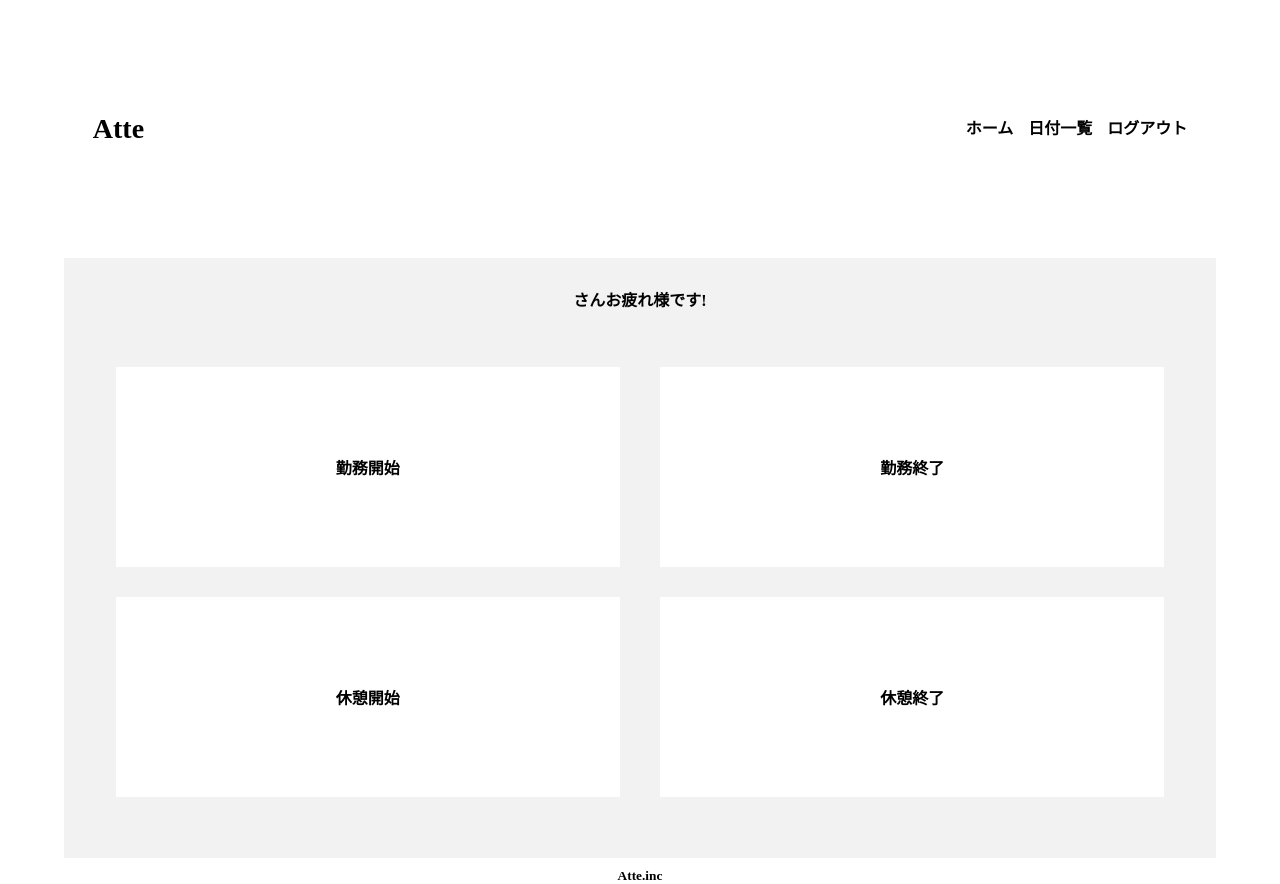
Repository: akihirofukyama/advanceapp_Nuxt
Page: /stamp
The author's editor kept a copy of each file at every save. The page is drawn from the files as they stood at one save, then again after the next save.
The browser window is 1280 px wide. The pictures show the whole page.
The project was rebuilt for these pictures with package versions that can differ from the ones it lists, and the page was loaded fresh each time. The framework's server and built-in components were replaced by stand-ins that run in the browser. Also part of the build but not shown: nuxt.config.js, components/NuxtLogo.vue, components/Tutorial.vue. Imported but missing from the stored project, and not drawn on this page: pages/component/Panel01.vue, pages/component/Panel02.vue, pages/component/Panel03.vue.

Above is the page before, as saved 2022-02-11 15:40:36.

### pages/stamp.vue
<template>
  <div class="main">
     <div class="date">
      <h1 class="title">Atte</h1>
      <div class="header">
        <p class="home"><a href="#">ホーム</a></p>
        <p class="date_page"><a href="#">日付一覧</a></p>
        <p class="logout"><a href="#">ログアウト</a></p>
      </div>

    </div>
    <div class="stamp">
      <h2 class="h2">さんお疲れ様です!</h2>
        <div class="form_contents">
          <div class="form_content">
          <input class="button-add" type="button" value="勤務開始" @click="clickStart(1)"  :class="{ 'button-disabled': startDisabled }"  :disabled="startDisabled1">
          <input class="button-add" type="button" value="勤務終了" @click="clickStart(2)" :class="{ 'button-disabled': startDisabled }" :disabled="startDisabled2">
          </div>
          <div class="form_content">
          <input class="button-add" type="button" value="休憩開始" @click="clickStart(3)" :class="{ 'button-disabled': startDisabled }" :disabled="startDisabled3">
          <input class="button-add" type="button" value="休憩終了" @click="clickStart(4)" :class="{ 'button-disabled': startDisabled }" :disabled="startDisabled4">
          </div>
        </div>


    </div>
    <small class="small">Atte.inc</small>
  </div>
</template>

<script>
export default {
  data() {
    return {
      startDisabled1:false,
      startDisabled2:false,
      startDisabled3:false,
      startDisabled4:false,

    }
  },methods:{
    clickStart(s){
      if(s === 1){
        this.startDisabled1 = false;
        this.startDisabled2 = true;
        this.startDisabled3 = false;
        this.startDisabled4 = false;
      } else if (s === 2) {
        this.startDisabled1 = false;
        this.startDisabled2 = true;
        this.startDisabled3 = false;
        this.startDisabled4 = false;
      } else if (s === 3) {
        this.startDisabled1 = false;
        this.startDisabled2 = true;
        this.startDisabled3 = false;
        this.startDisabled4 = false;
      } else {
        this.startDisabled1 = false;
        this.startDisabled2 = true;
        this.startDisabled3 = false;
        this.startDisabled4 = true;

      }

    }
  }
}
</script>

<style>

 /* reset.css */
  @charset "UTF-8";

  html,
  body,
  div,
  span,
  applet,
  object,
  iframe,
  h1,
  h2,
  h3,
  h4,
  h5,
  h6,
  p,
  blockquote,
  pre,
  a,
  abbr,
  acronym,
  address,
  big,
  cite,
  code,
  del,
  dfn,
  em,
  img,
  ins,
  kbd,
  q,
  s,
  samp,
  small,
  strike,
  strong,
  sub,
  sup,
  tt,
  var,
  b,
  u,
  i,
  center,
  dl,
  dt,
  dd,
  ol,
  ul,
  li,
  fieldset,
  form,
  label,
  legend,
  table,
  caption,
  tbody,
  tfoot,
  thead,
  tr,
  th,
  td,
  article,
  aside,
  canvas,
  details,
  embed,
  figure,
  figcaption,
  footer,
  header,
  hgroup,
  menu,
  nav,
  output,
  ruby,
  section,
  summary,
  time,
  mark,
  audio,
  video {
    margin: 0;
    padding: 0;
    border: none;
    font-style: normal;
    text-align: left;
    zoom: 1;
  }

  article,
  aside,
  details,
  figcaption,
  figure,
  footer,
  header,
  hgroup,
  menu,
  nav,
  section {
    display: block;
  }

  table {
    border-collapse: collapse;
    font-family: inherit;
  }

  h1,
  h2,
  h3,
  h4,
  h5 {
    font-size: 100%;
    font-weight: normal;
    line-height: 1;
  }

  input,
  textarea,
  select {
    font-family: inherit;
    font-size: 16px;
  }

  input[type="button"],
  input[type="text"],
  input[type="submit"] {
    -webkit-appearance: none;
    border-radius: 0;
  }

  textarea {
    resize: none;
    -webkit-appearance: none;
    border-radius: 0;
  }

  th,
  td {
    border-collapse: collapse;
  }

  table th,
  table td {
    white-space: nowrap;
  }

  ul,
  ol {
    list-style-type: none;
  }

  img {
    vertical-align: text-bottom;
    vertical-align: -webkit-baseline-middle;
    max-width: 100%;
    height: auto;
    width: auto;
  }

  /* style.css */

  .main {
    width: 90%;
    margin: 0 auto;
  }

  .title {
    font-size: 28px;
    font-weight: bold;
  }


  .date {
    width: 95%;
    display: flex;
    justify-content: space-between;
    margin: 10% auto 0;
  }

  .header {
    display: flex;
    font-weight: bold;
  }

  .header p:not(:nth-last-of-type(1)) {
    margin-right: 15px;
  }

  a {
    text-decoration: none;
    color: black;
  }

  .h2 {
    text-align: center;
    padding-top: 3%;
    margin-bottom: 5%;
    font-weight: bold;
  }

  .stamp {
    width: 100%;
    height: 600px;
    margin: 10% auto 0;
    background-color: #f2f2f2;
  }

  .form {
    flex-wrap: wrap;
  }

  .form_contents {
    width: 98%;
    margin: 0 auto;
  }

  .form_content {
    display: flex;
    justify-content: space-between;
  }

  .form_content:nth-of-type(2) {
    margin-top: 30px;
  }

  .button-add:nth-of-type(1) {
    width: 47%;
    height: 200px;
    margin-left: 40px;
    margin-right: 20px;
    background-color: white;
    color: black;
    border: none;
    font-weight: bold;
  }

  .button-add:nth-of-type(2) {
    width: 47%;
    border: 1px solid grey;
    height: 200px;
    margin-left: 20px;
    margin-right: 40px;
    background-color: white;
    border: none;
    color: black;
    font-weight: bold;
  }

  :disabled {
    color:black;

  }

  .small {
    display: block;
    text-align: center;
    font-weight: bold;
    margin-top: 10px;
  }



</style>

After the next save:
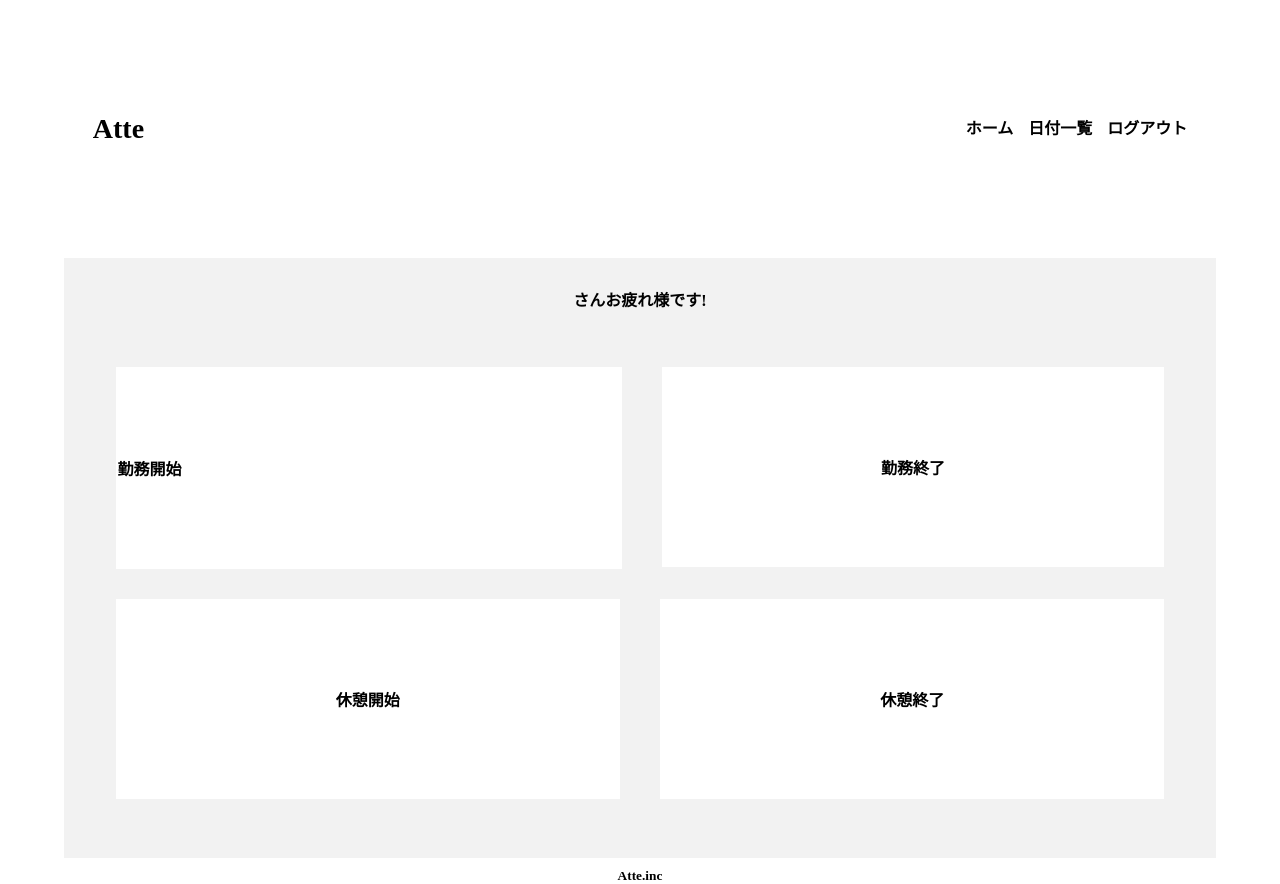
Saved 42 s later.
--- a/pages/stamp.vue
+++ b/pages/stamp.vue
@@ -13,7 +13,7 @@
       <h2 class="h2">さんお疲れ様です!</h2>
         <div class="form_contents">
           <div class="form_content">
-          <input class="button-add" type="button" value="勤務開始" @click="clickStart(1)"  :class="{ 'button-disabled': startDisabled }"  :disabled="startDisabled1">
+          <input class="button-add" type="text" value="勤務開始" @click="clickStart(1)"  :class="{ 'button-disabled': startDisabled }"  :disabled="startDisabled1">
           <input class="button-add" type="button" value="勤務終了" @click="clickStart(2)" :class="{ 'button-disabled': startDisabled }" :disabled="startDisabled2">
           </div>
           <div class="form_content">

After the save that followed:
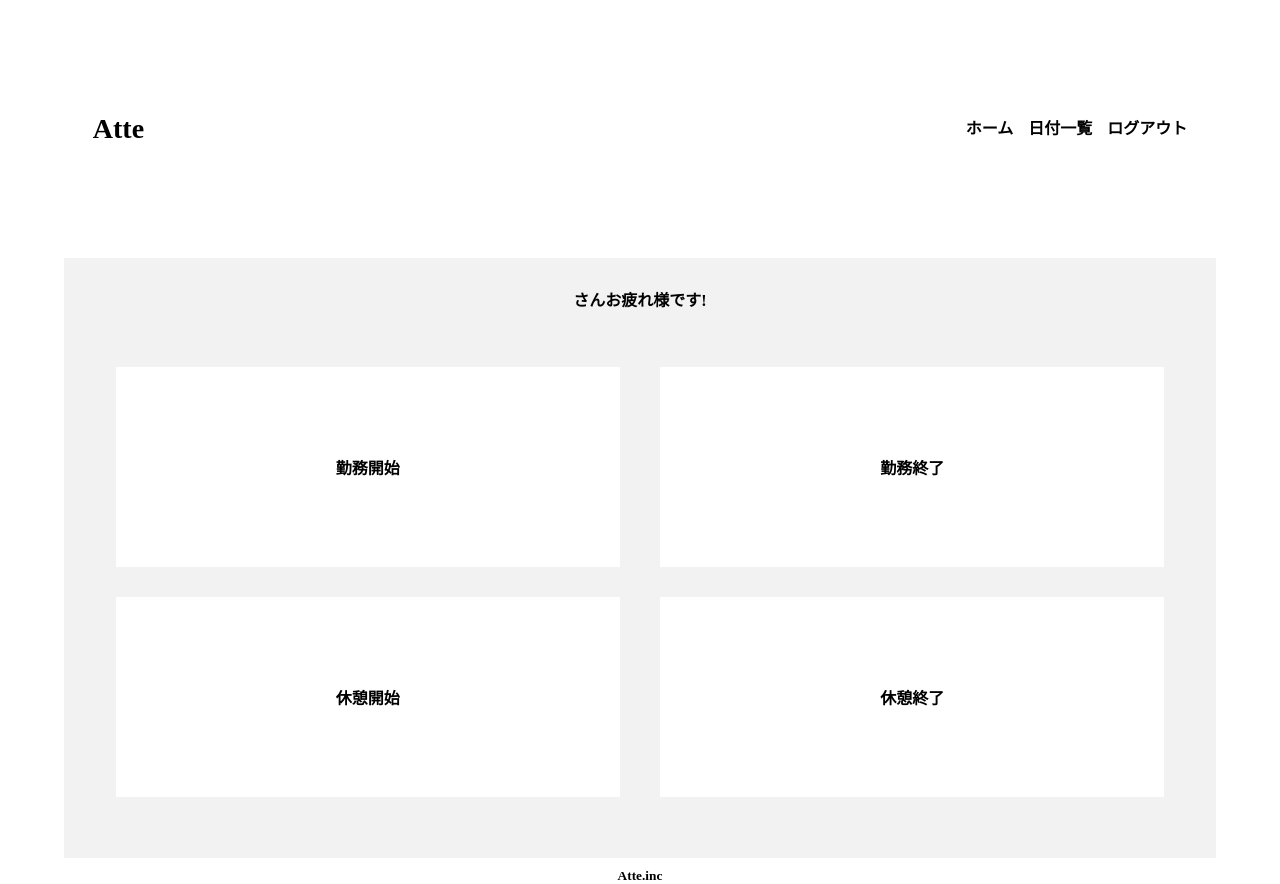
Saved 12 s later.
--- a/pages/stamp.vue
+++ b/pages/stamp.vue
@@ -13,7 +13,7 @@
       <h2 class="h2">さんお疲れ様です!</h2>
         <div class="form_contents">
           <div class="form_content">
-          <input class="button-add" type="text" value="勤務開始" @click="clickStart(1)"  :class="{ 'button-disabled': startDisabled }"  :disabled="startDisabled1">
+          <input class="button-add" type="button" value="勤務開始" @click="clickStart(1)"  :class="{ 'button-disabled': startDisabled }"  :disabled="startDisabled1">
           <input class="button-add" type="button" value="勤務終了" @click="clickStart(2)" :class="{ 'button-disabled': startDisabled }" :disabled="startDisabled2">
           </div>
           <div class="form_content">
